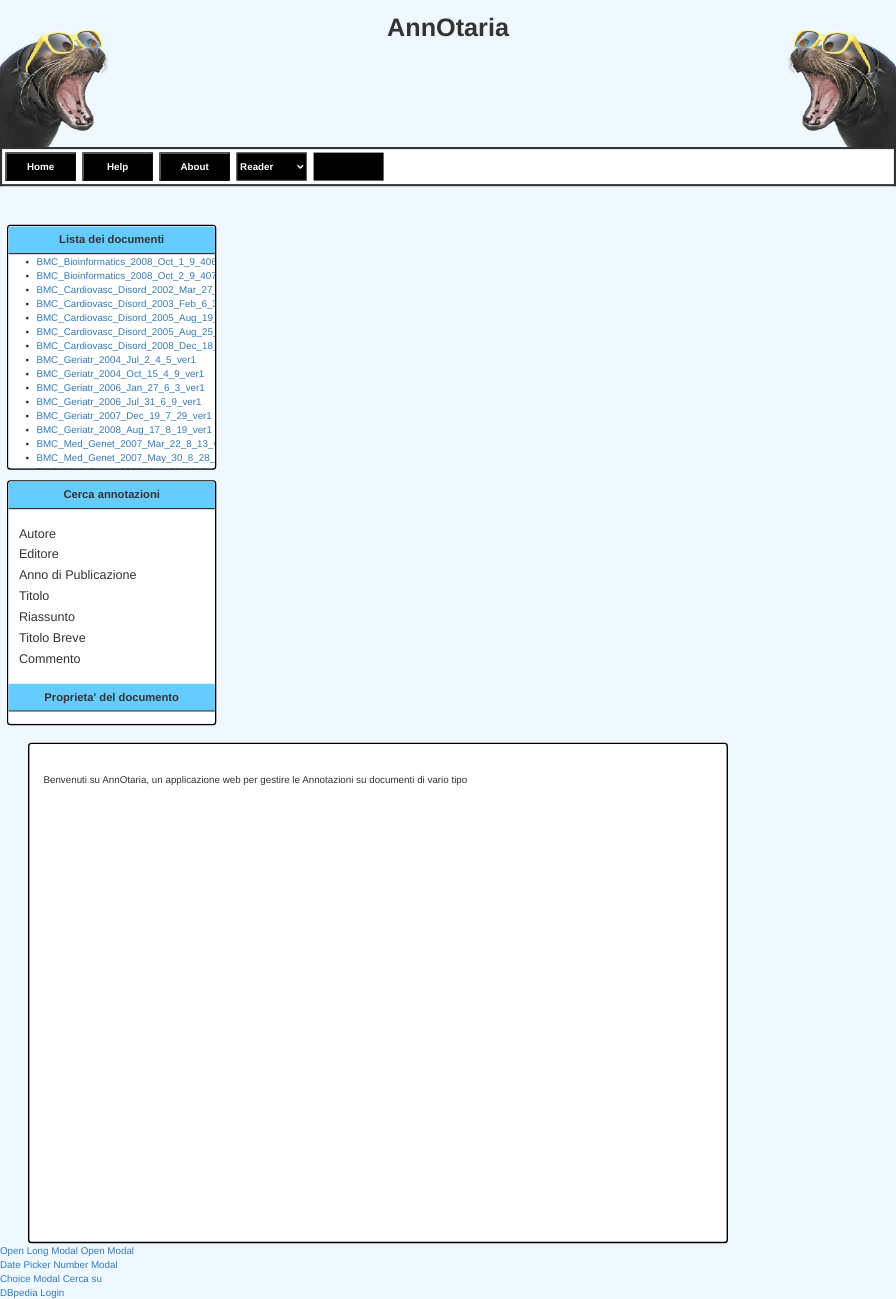
Repository: Bratu92/AnnOtaria
Page: AnnOtaria/View/index.html
The author's editor kept a copy of each file at every save. The page is drawn from the files as they stood at one save, then again after the next save.
The browser window is 1280 px wide. The pictures show the whole page, at 70% of full size.
Some web libraries are served in a nearby version.

Above is the page before, as saved 2015-02-02 16:42:43.

### AnnOtaria/View/index.html
<!DOCTYPE html PUBLIC "-//W3C//DTD HTML 4.01 Transitional//EN" "http://www.w3.org/TR/html4/loose.dtd">
<html>
	<head>
		<title>AnnoOtaria - Title of Document 1</title>
		<script type="text/javascript" src="../lib/jquery-2.1.3.js"></script>
		<!-- Latest compiled and minified CSS -->
		<link rel="stylesheet" href="https://maxcdn.bootstrapcdn.com/bootstrap/3.3.2/css/bootstrap.min.css">

		<!-- Optional theme -->
		<link rel="stylesheet" href="https://maxcdn.bootstrapcdn.com/bootstrap/3.3.2/css/bootstrap-theme.min.css">

		<!-- Latest compiled and minified JavaScript -->
		<script src="https://maxcdn.bootstrapcdn.com/bootstrap/3.3.2/js/bootstrap.min.js"></script>
		<link type="text/css" rel="stylesheet" href="../Css/layoutindex.css"/>
		<link type="text/css" rel="stylesheet" href="../Css/longTextModal.css"/>
		<link type="text/css" rel="stylesheet" href="../Css/shortTextModal.css"/>
		<link type="text/css" rel="stylesheet" href="../Css/numberModal.css"/>
		<link type="text/css" rel="stylesheet" href="../Css/choiceModal.css"/>
		<link type="text/css" rel="stylesheet" href="../Css/layoutDBPedia.css"/>

		<script type="text/javascript" src="../Js/index.js"></script>
		<script type="text/javascript" src="../Js/get_annotations.js"></script>
		<script type="text/javascript" src="../Js/jsDBPedia.js"></script>
		<link href="http://ajax.googleapis.com/ajax/libs/jqueryui/1.8/themes/base/jquery-ui.css" rel="stylesheet" type="text/css"/>
	    <script type="text/javascript" src="http://ajax.googleapis.com/ajax/libs/jquery/1.6.2/jquery.min.js"></script>
        <script src="http://ajax.googleapis.com/ajax/libs/jqueryui/1.8/jquery-ui.min.js"></script>

	</head>
	<body>
		<div class="box0">
			<img class="imgSinistra" src="../File/otariaSinistra.jpg">
			<img class="imgDestra"src="../File/otariaDestra.jpg">
			<h1>AnnOtaria</h1>
		</div>
		<br><br><br><br>
		<div class="menuBar">
		   <table class="tableIndex">
		   <tr class="rigaIndex">
	            <td class="cellaIndex"><input class="menuButton" type="button" onclick="fHelp()" value="Home" name="Home"/></td>
				<td class="cellaIndex"><input class="menuButton" type="button" onclick="fHelp()" value="Help" name="Help"/></td>
				<td class="cellaIndex"><input class="menuButton" type="button" onclick="fAbout()" value="About" name="About"/></td>

				<td class="cellaIndex">
					<select class="selectpicker" onChange="cambiaModalita()" id="mode" >	<!--  class="apri" id="modedata-target="#login"  -->
						<option class="menuOption">Reader</option>
						<option class="menuOption">Annotator</option>
					</select>
				</td>
				<td class="cellaIndex" id="userAnnotator">
				</td>

		   </tr></table>
		</div>

		<div class="box1"><br>
			<div class="metaArea">
				<div class="proprieta">
					<div class="panel-group" id="accordion">
          				<div class="panel-heading">
            				<h1 class="panel-title">
              					<a data-toggle="collapse" data-parent="#accordion" href="#collapse1">Lista dei documenti</a>
            				</h1>
          				</div>
          				<div id="collapse1" class="panel-collapse collapse in">
            				<ul id="list"></ul>
          				</div>
          				<div class="panel-heading">
            				<h1 class="panel-title">
             					<a data-toggle="collapse" href="#collapse2">Proprieta' del documento</a>
            				</h1>
          				</div>
          				<div id="collapse2" class="panel-collapse collapse">
            				<div class="panel-body">
           						COLLASSA!
          					</div>
        				</div>
      				</div>
      			</div>

				<div class="proprieta">
					<div class="panel-group" id="accordion">
          				<div class="panel-heading">
            				<h1 class="panel-title">
              					<a data-toggle="collapse" data-parent="#accordion" href="#collapse3">Cerca annotazioni</a>
            				</h1>
          				</div>
          				<div id="collapse3" class="panel-collapse collapse in">
          					<div class="panel-body">
           						<!-- Annotazioni sul documento -->
								<div id="annDocumento" >
									<div id="ann_autore" class="annotazioni_doc">
										<h4>Autore</h4>
										<ul id="ul_hasAuthor">
										</ul>
									</div>
									<div id="ann_editore" class="annotazioni_doc">
										<h4>Editore</h4>
										<ul id="ul_hasPublisher">
										</ul>
									</div>
									<div id="ann_anno" class="annotazioni_doc">
										<h4>Anno di Publicazione</h4>
										<ul id="ul_hasPublicationYear">
										</ul>
									</div>
									<div id="ann_titolo" class="annotazioni_doc">
										<h4>Titolo</h4>
										<ul id="ul_hasTitle">
										</ul>
									</div>
									<div id="ann_riassunto" class="annotazioni_doc">
										<h4>Riassunto</h4>
										<ul id="ul_hasAbstract">
										</ul>
									</div>
									<div id="ann_titoloBreve" class="annotazioni_doc">
										<h4>Titolo Breve</h4>
										<ul id="ul_hasShortTitle">
										</ul>
									</div>
									<div id="ann_commento" class="annotazioni_doc">
										<h4>Commento</h4>
										<ul id="ul_hasComment">
										</ul>
									</div>

								</div><!--#annotazioni-->
          					</div>
          				</div>
          				<div class="panel-heading">
            				<h1 class="panel-title">
             					<a data-toggle="collapse" href="#collapse4">Proprieta' del documento</a>
            				</h1>
          				</div>
          				<div id="collapse4" class="panel-collapse collapse">
            				<div class="panel-body">
           						Filtri!
          					</div>
        				</div>
      				</div>
      			</div>
			</div>




			<div class="mainArea">
				<h2 id="title"></h2>
				<p id="contenuto"> Benvenuti su AnnOtaria, un applicazione web per gestire le Annotazioni su documenti di vario tipo</p>
			</div>
		</div>







<!------------------------------------------ MODAL WINDOWS ----------------------------------------------->
	<div class="trick">
		<a href="#longTextModal">Open Long Modal</a>
		<div id="longTextModal" class="modalDialog">
			<div>
				<a href="#close" title="Close" class="close">X</a>
				<h4>Inserisci testo:</h4>
				<p><textarea id="longText"></textarea></p>
			</div>
		</div>

		<a href="#openModal0">Open Modal</a>
		<div id="openModal0" class="modalDialog">
			<div>
				<a href="#close" title="Close" class="close">X</a>
				<h2>Inserisci il nome</h2>
				<div>
					<input type="text" class="form-control" id="nome"  maxlength="80" placeholder="Inserisci il nome..." >
				</div>
			</div>
		</div>


		<a href="#datePicker">Date Picker</a>
		<div id="datePicker" class="modalDialog">
			<div>
				<a href="#close" title="Close" class="close">X</a>
				<h1> Inserisci Data </h1>
				<form>
				    <input id="datepicker" readonly/>
       				<button type="submit" class="btn btn-default">Inserisci!</button>
				</form>
			</div>
		</div>


		<a href="#openModal1">Number Modal</a>
		<div id="openModal1" class="modalDialog">
			<div>
				<a href="#close" title="Close" class="close">X</a>
				<h2>Come trovi l'annotazione?</h2>
				<div>
					<form id="bootstrapSelectForm" method="post" class="form-horizontal">
						<div class="form-group">
							<label class="col-xs-3 control-label">Dai un voto:</label>
							<div class="col-xs-5 selectContainer">
								<select name="numbers" class="form-control" multiple title="Choose one number">
                					<option value="one">1</option>
                					<option value="two">2</option>
                					<option value="three">3</option>
                					<option value="four">4</option>
                					<option value="five">5</option>
            					</select>
        					</div>
    					</div>
    					<div class="form-group">
        					<div class="col-xs-5 col-xs-offset-3">
        						<button type="submit" class="btn btn-default">Vota!</button>
        					</div>
    					</div>
					</form>
				</div>
			</div>
		</div>


		<a href="#choiceModal">Choice Modal</a>
		<div id="choiceModal" class="modalDialog">
			<div>
				<a href="#close" title="Close" class="close">X</a>
				<h2>Scegli un'opzione:</h2>
				<form id="bootstrapSelectForm" method="post" class="form-horizontal">
						<div class="form-group">
							<div class="col-xs-5 selectContainer">
								<select name="numbers" class="form-control-choice" multiple title="Scegli la stringa">
                					<option value="string1">stringa1</option>
                					<option value="string2">stringa2</option>
                					<option value="string3">stringa3</option>
                					<option value="string4">stringa4</option>
                					<option value="string5">stringa5</option>
            					</select>
        					</div>
    					</div>
    					<div class="form-group">
        					<div class="col-xs-5 col-xs-offset-3">
        						<button type="submit" class="btn btn-default">Submit</button>
        					</div>
    					</div>
					</form>
			</div>
		</div>


		<a href="#DBpedia">Cerca su DBpedia</a>
		<div id="DBpedia" class="modalDialog">
			<div id="dbpedia">

					<a href="#close" title="Close" class="close">X</a>
					<h4>Cerca su DBPedia:</h4>
						<input type="text" name="search" id="userSearch" size="20" />
						<input type="submit" name="go" value=" Search " onClick="searchDBPedia()"/>
						<div><p id="testo"></p></div>
						<div></div>

			</div>

		</div>



		<a href="#login">Login</a>
		<div class="modalDialog" id="login">
			<div>
				<a href="#close" title="Close" class="close">X</a>
				<h4>Esegui il login per passare alla modalità annotator:</h4><br>
				<div class="inblock">
					<label>Email:</label>
					<label>Username:&#160;&#160;</label>
				</div>
				<div class="inblock">
					<input type="text" name="email" id="login_nome" size="30" /><br>
					<input type="text" name="Username" id="login_email" size="30" /><br>
				</div><br><br><br>
				<input class="btn btn-default" type="button" value="Login" onclick="log()" data-dismiss="modal"/>
				<div>
					<p id="testo"></p></div>
				</div>
		</div>



	</div>


	</body>
</html>

### AnnOtaria/Css/layoutindex.css
@CHARSET "ISO-8859-1";

.box0
{
	position: relative;
	width: 100%;
	height: 100px;
	display: block;
}

body
{
	background-color: #F0F8FF;
}

.menubar
{
	margin-top: 90px;
    width: 100%;
	color: white;
	background-color: black;
	display: block;
}

.menuButton
{
	background-color: black;
	color: white;
	height: 100%;
	width: 100%;
	font-weight:bold;
}

select
{
	background-color: black;
	color: white;
	height: 100%;
	width: 100%;
	font-weight:bold;
}

.box1
{
	margin: 10px;
	display: block;
}


.lista
{
	width: 250px;
	height: 290px;
    overflow: scroll;
	margin-top: 20px;
	border: solid;
	border-width: 2px;
	border-color: #000000;
	border-radius: 5px;
	background-color:white;
}

.scroll
{
	width: 98%;
	border: solid;
	border-width: 1px;
	height: 120px;
	overflow-y: scroll;
}

.proprieta
{
	width: 299px;
	height: 350px;
	overflow: scroll;
	margin-top: 15px;
	border:solid;
	border-width: 2px;
	border-color:#000000;
	border-radius: 5px;
	background-color:white;
}

.filtri
{
	width: 250px;
	height: 290px;
	overflow: scroll;
	margin-top: 15px;
	border:solid;
	border-width: 2px;
	border-color:#000000;
	border-radius: 5px;
	background-color:white;
}

.metaArea
{
	position: relative;
	float:left;
	margin-top:10px;
	border-color:#000000;
}

.mainArea
{
	position: relative;
	border: 2px solid;
	border-color:#000000;
    float: left;
    padding: 20px;
    margin-left: 30px;
    background-color:white;
    margin-top:25px;
    width:1000px;
    height:715px;
    overflow-y:scroll;
    border-radius: 5px;
}

label
{
	display: block;
}

#longtext
{
	min-width: 560px;
	min-height: 136px;
}

h1
{
	text-align:center;
	font-weight:bold;
}

table.tableIndex
{
	width: 100%;
	height: 10%;
}

tr.rigaIndex
{
	background-color: white;
	width:100px;
	height: 50px;
	border:solid;
	borderwidth:2px;

}

td.cellaIndex
{
	position: relative;
	float: left;
	background-color: #000000;
	height: 40px;
	width: 100px;
	margin: 5px;
}

.cellannotator
{
	position: relative;
	float: left;
	background-color: #000000;
	height: 40px;
	width: 200px;
	margin: 5px;
}

.trick
{
	margin-top:20px;
	width:200px;
}

.titoloArea
{
	text-align:center;
	background-color:#66CCFF;
	display: block;
	border-bottom:solid;
	border-bottom-width:2px;
}

.imgSinistra
{
	width:170px;
	height:190px;
	position:relative;
	float:left;
	margin:0px;
}

.imgDestra
{
	width:170px;
	height:190px;
	position:relative;
	float:right;
	margin:0px;
}

.panel-heading
{
	border-bottom:solid !important;
	border-bottom-width:2px !important;
	background-color:#66CCFF;
	font-weight: bold;
}

.inblock
{
	display: inline;
	position: relative;
	float: left;
}

.onright
{
	position: relative;
	float: right;
}

### AnnOtaria/Css/longTextModal.css
@CHARSET "ISO-8859-1";

.modalDialog {
	position: fixed;
	font-family: Arial, Helvetica, sans-serif;
	top: 0;
	right: 0;
	bottom: 0;
	left: 0;
	background: rgba(0,0,0,0.8);
	z-index: 99999;
	opacity:0;
	-webkit-transition: opacity 400ms ease-in;
	-moz-transition: opacity 400ms ease-in;
	transition: opacity 400ms ease-in;
	pointer-events: none;
}

.modalDialog:target {
	opacity:1;
	pointer-events: auto;
}

.modalDialog > div {
	background: linear-gradient(#fff, #999) repeat scroll 0 0 rgba(0, 0, 0, 0);
    border-radius: 10px;
    height: 200px;
    margin: 10% auto;
    padding: 5px 20px 13px;
    position: relative;
    width: 600px;
}

.close {
	background: #606061;
	color: #FFFFFF;
	line-height: 25px;
	position: absolute;
	right: -12px;
	text-align: center;
	top: -10px;
	width: 24px;
	text-decoration: none;
	font-weight: bold;
	-webkit-border-radius: 12px;
	-moz-border-radius: 12px;
	border-radius: 12px;
	-moz-box-shadow: 1px 1px 3px #000;
	-webkit-box-shadow: 1px 1px 3px #000;
	box-shadow: 1px 1px 3px #000;
}

.close:hover { background: #00d9ff; }

#longText{

	min-height: 132px;
    min-width: 560px;

}

### AnnOtaria/Css/shortTextModal.css
@CHARSET "ISO-8859-1";


.modalDialog {
	position: fixed;
	font-family: Arial, Helvetica, sans-serif;
	top: 0;
	right: 0;
	bottom: 0;
	left: 0;
	background: rgba(0,0,0,0.8);
	z-index: 99999;
	opacity:0;
	-webkit-transition: opacity 400ms ease-in;
	-moz-transition: opacity 400ms ease-in;
	transition: opacity 400ms ease-in;
	pointer-events: none;
}

.modalDialog:target {
	opacity:1;
	pointer-events: auto;
}

.modalDialog > div {
	max-width: 710px;
	position: relative;
	margin: 10% auto;
	padding: 5px 20px 13px 20px;
	border-radius: 10px;
	background: #fff;
	background: -moz-linear-gradient(#fff, #999);
	background: -webkit-linear-gradient(#fff, #999);
	background: -o-linear-gradient(#fff, #999);
}

.close {
	background: #606061;
	color: #FFFFFF;
	line-height: 25px;
	position: absolute;
	right: -12px;
	text-align: center;
	top: -10px;
	width: 24px;
	text-decoration: none;
	font-weight: bold;
	-webkit-border-radius: 12px;
	-moz-border-radius: 12px;
	border-radius: 12px;
	-moz-box-shadow: 1px 1px 3px #000;
	-webkit-box-shadow: 1px 1px 3px #000;
	box-shadow: 1px 1px 3px #000;
}

.close:hover { background: #00d9ff; }




.form-control
{
  display: block;
  width: 100%;
  height: 34px;
  padding: 6px 12px;
  font-size: 14px;
  line-height: 1.428571429;
  maxlenght: 80;
  color: #555555;
  vertical-align: middle;
  background-color: #ffffff;
  border: 1px solid #cccccc;
  border-radius: 4px;
  -webkit-box-shadow: inset 0 1px 1px rgba(0, 0, 0, 0.075);
          box-shadow: inset 0 1px 1px rgba(0, 0, 0, 0.075);
  -webkit-transition: border-color ease-in-out 0.15s, box-shadow ease-in-out 0.15s;
          transition: border-color ease-in-out 0.15s, box-shadow ease-in-out 0.15s;
}

### AnnOtaria/Css/numberModal.css
@CHARSET "ISO-8859-1";

.modalDialog {
	position: fixed;
	font-family: Arial, Helvetica, sans-serif;
	top: 0;
	right: 0;
	bottom: 0;
	left: 0;
	background: rgba(0,0,0,0.8);
	z-index: 99999;
	opacity:0;
	-webkit-transition: opacity 400ms ease-in;
	-moz-transition: opacity 400ms ease-in;
	transition: opacity 400ms ease-in;
	pointer-events: none;
}

.modalDialog:target {
	opacity:1;
	pointer-events: auto;
}

.modalDialog > div {
	background: linear-gradient(#fff, #999) repeat scroll 0 0 rgba(0, 0, 0, 0);
    border-radius: 10px;
    height: 240px;
    margin: 10% auto;
    padding: 5px 20px 13px;
    position: relative;
    width: 600px;
}

.close {
	background: #606061;
	color: #FFFFFF;
	line-height: 25px;
	position: absolute;
	right: -12px;
	text-align: center;
	top: -10px;
	width: 24px;
	text-decoration: none;
	font-weight: bold;
	-webkit-border-radius: 12px;
	-moz-border-radius: 12px;
	border-radius: 12px;
	-moz-box-shadow: 1px 1px 3px #000;
	-webkit-box-shadow: 1px 1px 3px #000;
	box-shadow: 1px 1px 3px #000;
}

.close:hover { background: #00d9ff; }

#bootstrapSelectForm .selectContainer .form-control-feedback
{
    /* Adjust feedback icon position */
    right: -15px;
}

### AnnOtaria/Css/choiceModal.css
@CHARSET "ISO-8859-1";

.form-control-choice
{
	width: 560px;
    /* Adjust feedback icon position */
    <!--right: -15px;-->
}

### AnnOtaria/Css/layoutDBPedia.css
@CHARSET "ISO-8859-1";

.modalDialog
{
	position: fixed;
	font-family: Arial, Helvetica, sans-serif;
	top: 0;
	right: 0;
	bottom: 0;
	left: 0;
	background: rgba(0,0,0,0.8);
	z-index: 99999;
	opacity:0;
	-webkit-transition: opacity 400ms ease-in;
	-moz-transition: opacity 400ms ease-in;
	transition: opacity 400ms ease-in;
	pointer-events: none;
}


.modalDialog:target
{
	opacity:1;
	pointer-events: auto;
}

.modalDialog > div#dbpedia
{
	background: linear-gradient(#fff, #999) repeat scroll 0 0 rgba(0, 0, 0, 0);
    border-radius: 10px;
    height: auto;
    margin: 10% auto;
    padding: 5px 20px 13px;
    position: relative;
    width: 600px;
    top: -113px;
}



.close
{
	background: #606061;
	color: #FFFFFF;
	line-height: 25px;
	position: absolute;
	right: -12px;
	text-align: center;
	top: -10px;
	width: 24px;
	text-decoration: none;
	font-weight: bold;
	-webkit-border-radius: 12px;
	-moz-border-radius: 12px;
	border-radius: 12px;
	-moz-box-shadow: 1px 1px 3px #000;
	-webkit-box-shadow: 1px 1px 3px #000;
	box-shadow: 1px 1px 3px #000;
}

.close:hover { background: #00d9ff; }#00d9ff; }

### AnnOtaria/Js/index.js

var annotazioni = [];
var lista_autori = [];
var docCorrente;
var mode=0;			//0 = reader , 1=annotator
var username;		//prendo l'username quando passo in modalità annotatore
var email;			//prendo l'email quando passo in modalità annotatore

function main()
{
	$.ajax(
	{
		method: 'GET',
		url: '../File/indirizzi.json',
		success: function(d)
		{
			for (var i=0; i<d.length; i++)
			{
				$('#list').append("<li><a href='#' onclick='load(\""+d[i].url+"\",\""+d[i].label+"\")'>"+d[i].label+"</a></li>");
			}
		},
		error: function(a,b,c)
		{
			alert('Nessun documento da mostrare')
		}
	});
}



function load(url, file)
{
	docCorrente = file;
	$.ajax(
	{
		method: 'GET',
		url: url,
		success: function(result)
		{
			$('#contenuto').html(result)
			$('#title').html($('#contenuto h1'));
			/*Carica informazioni del documento*/
			caricaInfoDoc(result, file);
			selectAnnotazioniDocumento(file+".html");
		},
		error: function(a,b,c)
		{
			alert('Non ho potuto caricare il file '+file)
		}
	});
}

$(document).ready(function()
{
	$("#datepicker").datepicker(
	{
		DateFormat: 'dd/mm/yy'
	});
	main();
});

/*Carica le informazioni sul documento*/
function caricaInfoDoc(result, title)
{
	var info = $(result).find(".metadata-group");
	$('#infoDocumento div.active').hide();
	$('#infoDocumento div').removeClass("active");
	$('#infoDocumento').append("<div id='info_"+title+"' class='active'></div>");
	$('#infoDocumento div.active').show();
	for (var i=0; i<2; i++)
	{
		 $('#info_'+title).append(info[i]);
	}
}



function cambiaModalita()
{
	alert("aperto il cambia modalita");
	if(mode == 1)	/*Da annotator a reader*/
	{
		alert("partiamo da modalita annotator");
		$('#mode').attr("data-toggle","");
		$('#mode').attr("data-target","");
		var esci = true;
		if(annotazioniCreate >0)	/*Ci sono annotazioni non salvate, chiedo all'utente cosa vuole fare*/
		{
			esci = confirm('Tornando in modalit&agrave; Reader tutte le annotazioni non salvate andranno perse! Procedere comunque?');
		}			/*Esco solo nel caso in cui non ci sono annotazioni pendenti, o se l'utente ha dato il consenso*/
		if(esci == true)
		{
			/*Resetto tutto*/
			utente[ut_nome]= "";
			utente[ut_email]="";
			mode = 0;
			/*$('#gestisci_ann').attr("style","display:none");
			$('#ann_doc').attr("style","display:none");
			$('#ann_fram').attr("style","display:none");
			$('#mode').html("<span>Mode: Reader</span>");
			testoSelez="";
			modificaInCorso = 0;
			$("#bt_eliminaAnnotazioni").trigger("click");*/
		}
	}
	if(mode == 0)
	{
		alert("parti da reader e vai in annotator");
		//$('#mode').attr("data-toggle","modal");
		$('#mode').attr("data-target","#login");
	}
}




function log()
{
	{
		try
		{
			alert("dentro il try del controllo login");
			if(($("#login_nome").val().length == 0))
			{		/*Controlliamo che sia stato inserito il nome*/
				throw "Devi inserire il nome";
				alert("dentro il l'if del nome");
			}
			if(($("#login_email").val().length == 0))
			{		/*Controlliamo che sia stata inserita l'email*/
				throw "Devi inserire l'email";
				alert("dentro il l'if dell'email");
			}
			/*Se e' tutto ok salviamo i valori e passiamo in modalita'  annotator*/
			username=($("#login_nome").val());
			email=($("#login_email").val());
			alert(username);
			alert(email);
			mode = 1; /*Passiamo in modalitÃ  annotatore*/
			$('#userAnnotator').html("<span>Annotator: <b>"+username+"</b></span>");
			/*Qui bisogna inserire i comandi dell'annotator*/
			/*$('#gestisci_ann').attr("style","inline");
			$('#ann_doc').attr("style","inline");
			$('#ann_fram').attr("style","inline");
			$("#login_nome").val("");
			$("#login_email").val("");*/
		}
		catch(err)
		{
			$("#login_nome").val("");
			$("#login_email").val("");
			alert(err);
			alert("qualcosa e' andato storto");
		}
	}
}

### AnnOtaria/Js/jsDBPedia.js
function searchDBPedia(){

	var userInput= $("#userSearch").val();
	userInput = userInput.replace(/ /g, '_');

	 var url = "http://dbpedia.org/sparql";

	 var query = "\
	     PREFIX dbpedia2: <http://dbpedia.org/resource/>\
	     PREFIX Abs: <http://dbpedia.org/ontology/>\
	     SELECT ?abstract\
		 WHERE {\
	            dbpedia2:"+userInput+" Abs:abstract ?abstract\ " +
	            		"FILTER(LANG(?abstract) = \"\" || LANGMATCHES(LANG(?abstract), \"it\"))}";



	 var queryUrl = encodeURI( url+"?query="+query+"&format=json" );
	    $.ajax({
	        dataType: "jsonp",
	        url: queryUrl,
	        success: function( _data ) {
	            var results = _data.results.bindings;
	            for ( var i in results ) {
	                var res = results[i].abstract.value;
	                $("#testo").text(res);

	            }
	        }
	    });





}

Loaded but not shown: AnnOtaria/lib/jquery-2.1.3.js (library); AnnOtaria/File/indirizzi.json (122 lines, source omitted); AnnOtaria/Js/get_annotations.js (412 lines, source omitted)

After the next save:
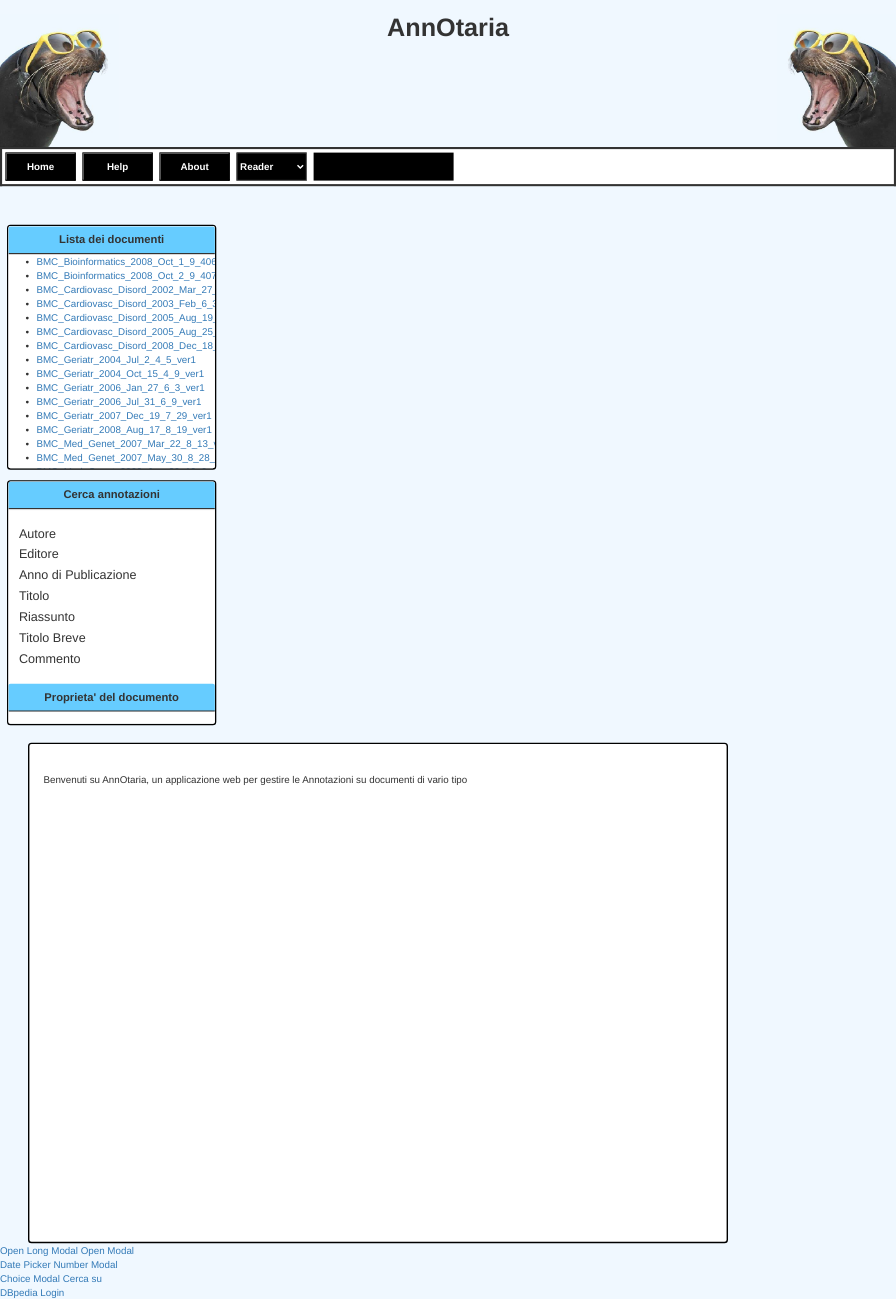
Saved 26 s later.
--- a/AnnOtaria/View/index.html
+++ b/AnnOtaria/View/index.html
@@ -46,7 +46,7 @@
 						<option class="menuOption">Annotator</option>
 					</select>
 				</td>
-				<td class="cellaIndex" id="userAnnotator">
+				<td class="cellannotator" id="userAnnotator">
 				</td>
 
 		   </tr></table>
